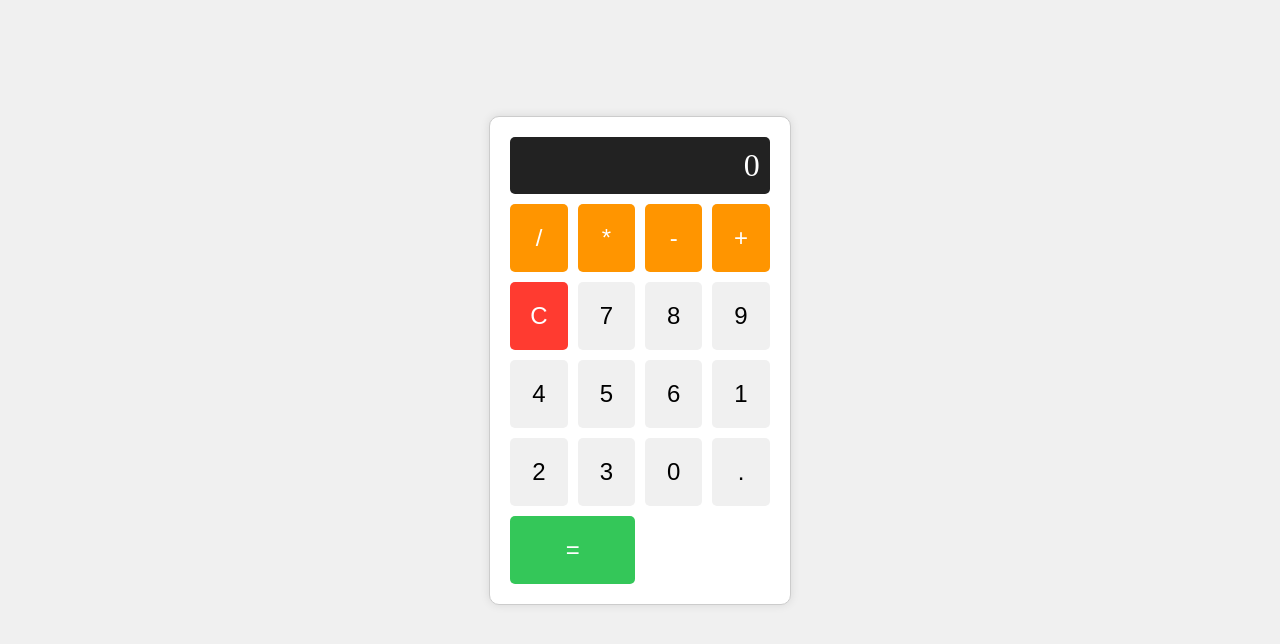
Repository: alizey12/calculator
Page: index.html
These files come from the project's save history. The page is drawn as it stood at one moment and after the next save; the edit follows.
The browser window is 1280 px wide. The pictures show the whole page.

Above is the page before, as saved 2024-11-23 18:32:43.

After the next save:
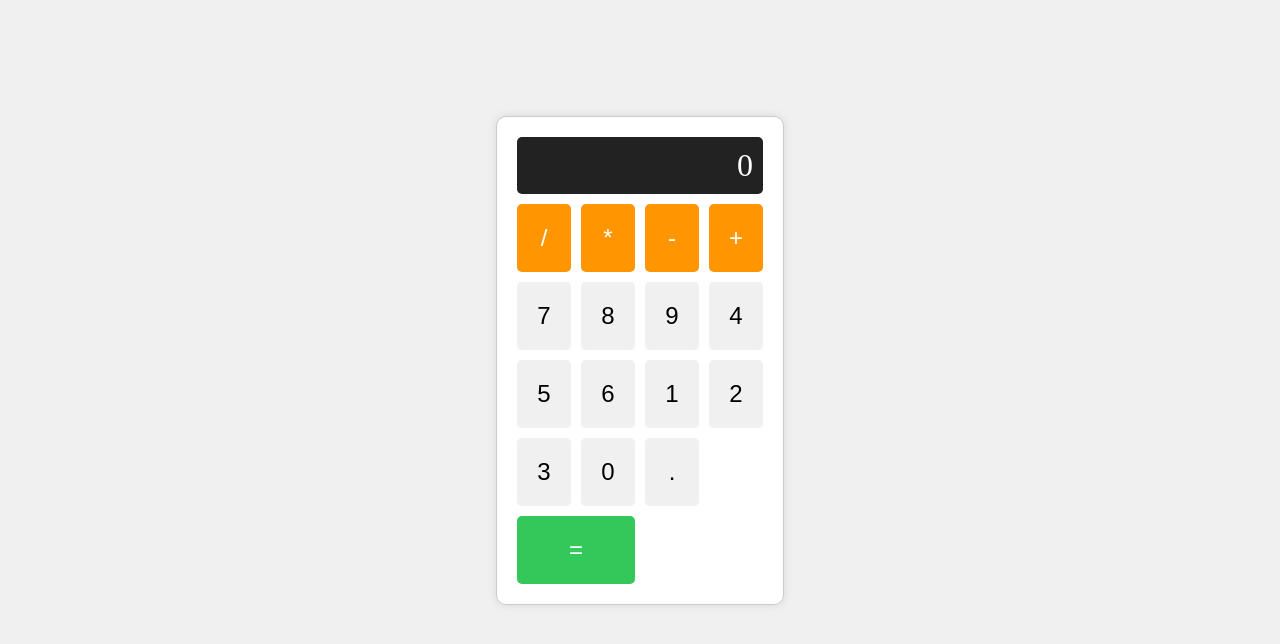
Saved 4 s later.
--- a/index.html
+++ b/index.html
@@ -16,7 +16,7 @@
                 <button class="btn operator">*</button>
                 <button class="btn operator">-</button>
                 <button class="btn operator">+</button>
-                <button class="btn" id="clear">C</button>
+
                 <button class="btn">7</button>
                 <button class="btn">8</button>
                 <button class="btn">9</button>
